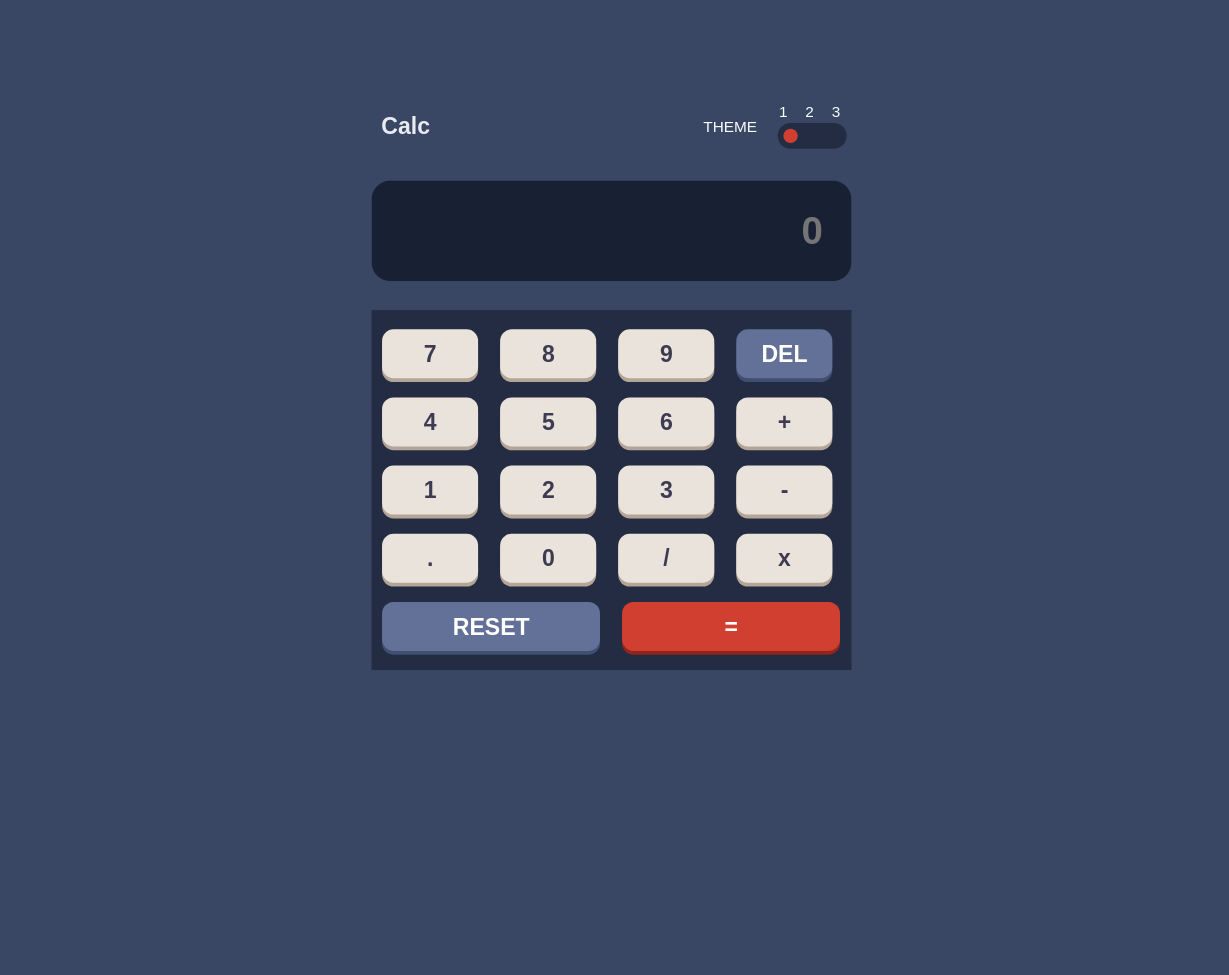
Repository: Bakyproit/Calcutor
Page: index.html
These files come from the project's save history. The page is drawn as it stood at one moment and after the next save; the edit follows.
The browser window is 1280 px wide. The pictures show the whole page, at 96% of full size.

Above is the page before, as saved 2022-02-11 17:24:38.

### index.html
<!DOCTYPE html>
<html lang="en">
<head>
    <meta charset="UTF-8">
    <meta http-equiv="X-UA-Compatible" content="IE=edge">
    <meta name="viewport" content="width=device-width, initial-scale=1.0">
    <title>SimpleCalculatorApp</title>
    <link rel="stylesheet" href="./App.css">

</head>
<body>
    <div class="container">
        <div class="app">
            <div class="app__title">
                <h1 class="app__title-name">Calc</h1>
                <div class="app__title-theme">
                    <p class="app__title-theme-name">THEME</p>
                    <div class="app__title-theme-box">
                        <div class="app__title-theme-box-number">
                            <span class="app__title-theme-box-number-1" id="one">1</span>
                            <span class="app__title-theme-box-number-2" id="two">2</span>
                            <span class="app__title-theme-box-number-3" id="three">3</span>
                        </div>
                        <div class="app__title-theme-box-toggle" >
                            <label for="toggle-input" class="toggle">
                                <input type="checkbox" id="toggle-input" class="toggle__checkbox">
                                <div class="toggle__bar" id="bgBar">
                                    <div class="toggle__spin"></div>
                                </div>
                            </label>
                        </div>
                    </div>
                </div>
            </div>

            <div class="app__result">
                <input type="text" class="app__result-output" placeholder="0" value="" id="result">
                <!-- <h1 class="app__result-number">399,981</h1> -->
            </div>

            <div class="app__content" id="newBack">
                <div class="app__content-number">
                    <div class="button" onclick="numShow('7')">
                        <span class="number">7</span>
                    </div>
                    <div class="button" onclick="numShow('8')">
                        <span class="number">8</span>
                    </div>
                    <div class="button" onclick="numShow('9')">
                        <span class="number">9</span>
                    </div>
                    <div class="button button-del" onclick="del()">
                        <span class="number number-del">DEL</span>
                    </div>

                    <div class="button" onclick="numShow('4')">
                        <span class="number">4</span>
                    </div>
                    <div class="button" onclick="numShow('5')">
                        <span class="number">5</span>
                    </div>
                    <div class="button" onclick="numShow('6')">
                        <span class="number">6</span>
                    </div>
                    <div class="button" onclick="numShow('+')">
                        <span class="number">+</span>
                    </div>

                    <div class="button" onclick="numShow('1')">
                        <span class="number">1</span>
                    </div>
                    <div class="button" onclick="numShow('2')">
                        <span class="number">2</span>
                    </div>
                    <div class="button" onclick="numShow('3')">
                        <span class="number">3</span>
                    </div>
                    <div class="button" onclick="numShow('-')">
                        <span class="number">-</span>
                    </div>

                    <div class="button" onclick="numShow('.')">
                        <span class="number">.</span>
                    </div>
                    <div class="button" onclick="numShow('0')">
                        <span class="number">0</span>
                    </div>
                    <div class="button" onclick="numShow('/')">
                        <span class="number">/</span>
                    </div>
                    <div class="button" onclick="numShow('*')">
                        <span class="number">x</span>
                    </div>

                    <div class="app__content-number-footer">
                        <div class="button button-reset" onclick="clearAll()">
                            <span class="number number-reset">RESET</span>
                        </div>
                        <div class="button button-equal" onclick="calcutor()">
                            <span class="number number-equal">=</span>
                        </div>
                    </div>
                </div>
            </div>
        </div>
    </div>

    <script src="./app.js"></script>
</body>
</html>

### App.css




html{
    font-family:Arial, Helvetica, sans-serif ;
    box-sizing: border-box;
    padding: 0;
    margin: 0;
}
h1{
    margin: 0;
}
body{
    background-color: hsl(222, 26%, 31%);
}

.container{
    width: 100%;
    min-height: 1000px;
    position: relative;
}
.app{
    width: 500px;
    position:absolute ;
    top:100px ;
    left:30%;

}
.app__title{
    display: flex;
    justify-content:space-between;

}
.app__title-name{
    color : #e9ebf0 ;
    font-size: 24px;
    padding: 10px;
}
.app__title-theme{
    display: flex;
}
.app__title-theme-name{
    color :20px ;
    color:#fcfeff ;
    margin-right: 16px;
}
.app__title-theme-box{
    display: flex;
    flex-direction: column;
    padding-right: 5px;
}
.app__title-theme-box-number{
    color : #f8ffff ;
}
.app__title-theme-box-number-1{
    padding: 0 7px;
    cursor: pointer;
}
.app__title-theme-box-number-2{
    padding: 0 7px;
    cursor: pointer;

}
.app__title-theme-box-number-3{
    padding: 0 7px;
    cursor: pointer;

}
.app__title-theme-box-toggle{
    padding-top: 2px;
    padding-left: 5px;
}
.toggle__checkbox{
    display: none;
}
.toggle__bar{
    width: 60px;
    height: 15px;
    background-color: hsl(223, 31%, 20%);
    border-radius: 5rem;
    /* transition: background-color 4s linear; */
    padding: 6px;
    cursor: pointer;
}
.toggle__spin{
    width: 15px;
    height: 15px;
    background-color:  hsl(6, 63%, 50%);
    border-radius: 15px;
    transition: transform .2s linear;
    cursor: pointer;
}
.toggle__checkbox:checked ~ .toggle__bar{
    background-color: #d3cdcd;
}
.toggle__checkbox:checked + .toggle__bar .toggle__spin {
    transform: translateX(1.3rem);
}


.app__result{
    margin:30px 0;
    border-radius: 20px;
    overflow: hidden;

}
.app__result-output{
    box-sizing: border-box;
    width: 500px;
    outline: none;
    border: none;
    background-color: hsl(224, 36%, 15%);
    color: rgb(248, 244, 244) ;
    font-weight: 700;
    text-align: end;
    padding: 30px;
    font-size: 40px;
}


.app__content{
    background-color:hsl(223, 31%, 20%);
}
.app__content-number{
    display: flex;
    flex-wrap: wrap;
}
.button{
    width: 20%;
    height: 51px;
    background-color: hsl(30, 25%, 89%);
    margin: 20px 12px 0 11px;
    display: flex;
    justify-content: center;
    align-items: center;
    border-radius: 12px ;
    box-shadow: 0px 4px  hsl(28, 16%, 65%) ;
    cursor: pointer;
}
.number{
    color: #3d3b51;
    font-size: 24px;
    font-weight: 800;
}
.app__content-number-footer{
    margin-bottom: 20px;
    width: 100%;
    display: flex;

}
.button-reset{
    flex: 1 ;
}
.button-del ,
.button-reset{
    background-color: hsl(225, 21%, 49%) ;
    box-shadow: 0px 4px hsl(224, 28%, 35%) ;
}
.button-equal{
    flex: 1 ;
    background-color:  hsl(6, 63%, 50%) ;
    box-shadow: 0px 4px hsl(6, 70%, 34%) ;
}
.number-reset,
.number-equal,
.number-del{
    color : #fff ;
    font-weight: 600;
}

### app.js

let result = document.getElementById("result") ;
function numShow(num){
    result.value += num ;
}
function clearAll(){
    result.value = "" ;
}
function del() {
    result.value = result.value.slice(0,-1);
    //
}
function calcutor(){
    let x = result.value ;
    let y = eval(x) ;
    result.value = y ;
}



// const boxToggle = document.querySelector(".app__title-theme-box-toggle");
// const newBack = document.querySelector("#newBack");

// boxToggle.onclick = function() {
//     newBack.style.background = "#d3cdcd" ;
// };

const one = document.getElementById("one") ;
const two = document.getElementById("two") ;
const three = document.getElementById("three") ;

// console.log(one) ;

one.addEventListener("click" , function(){
    const body = document.querySelector("body") ;
    body.classList.add("active") ;
});

After the next save:
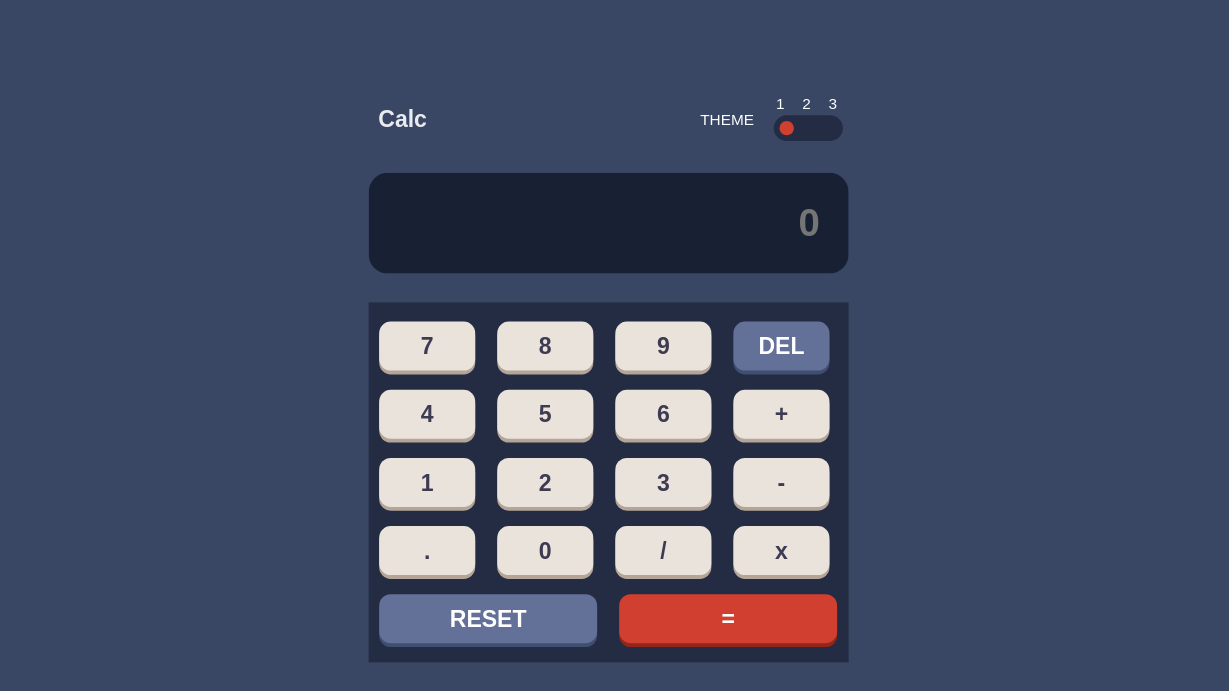
Saved 54 s later.
--- a/App.css
+++ b/App.css
@@ -14,6 +14,7 @@
 body{
     background-color: hsl(222, 26%, 31%);
 }
+body.active
 
 .container{
     width: 100%;

After the 5 saves that followed:
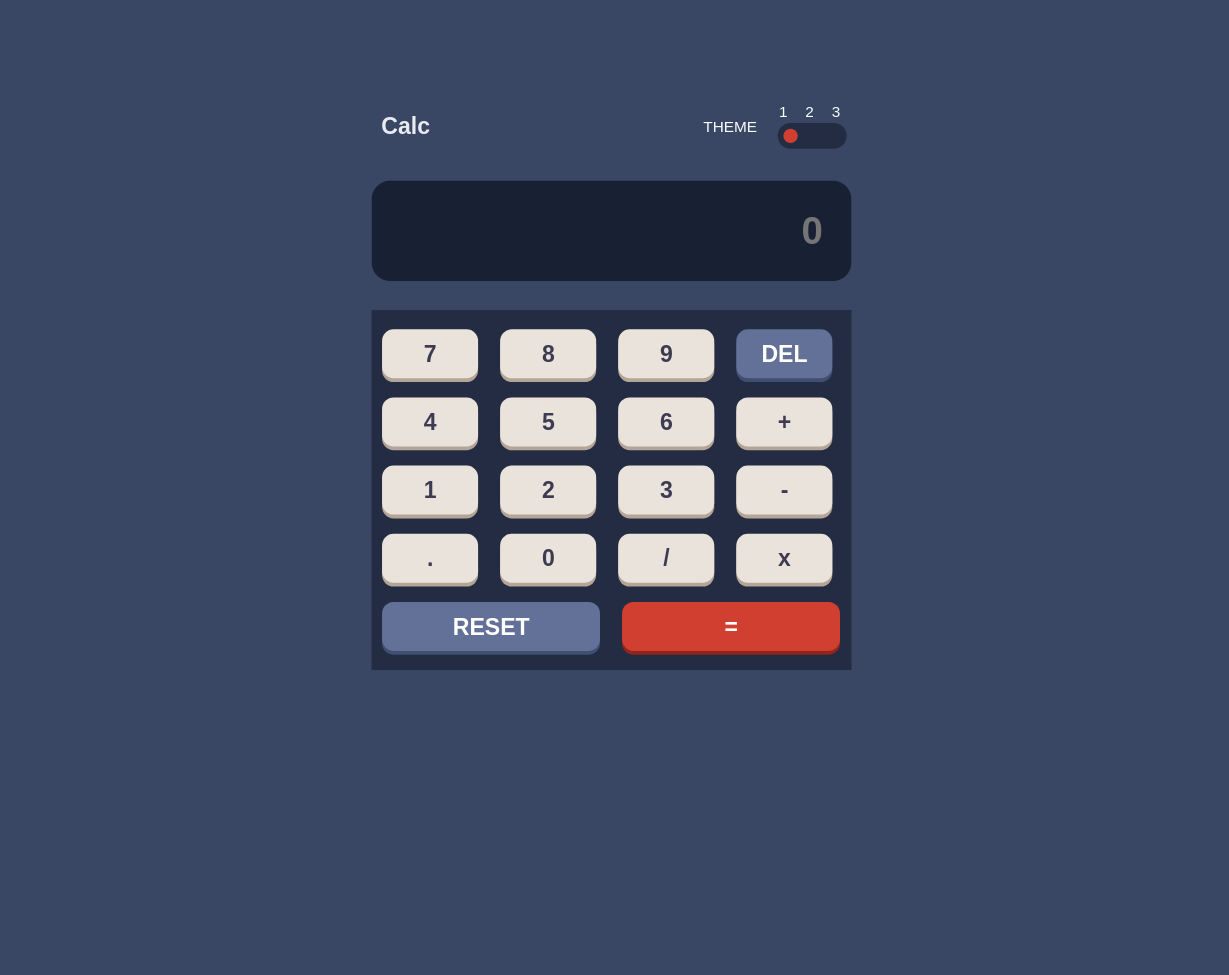
The 5 saves are shown as one change because they came seconds apart.
The last was saved 17 s later.
--- a/App.css
+++ b/App.css
@@ -14,7 +14,9 @@
 body{
     background-color: hsl(222, 26%, 31%);
 }
-body.active
+body.active{
+    background-color: ;
+}
 
 .container{
     width: 100%;
